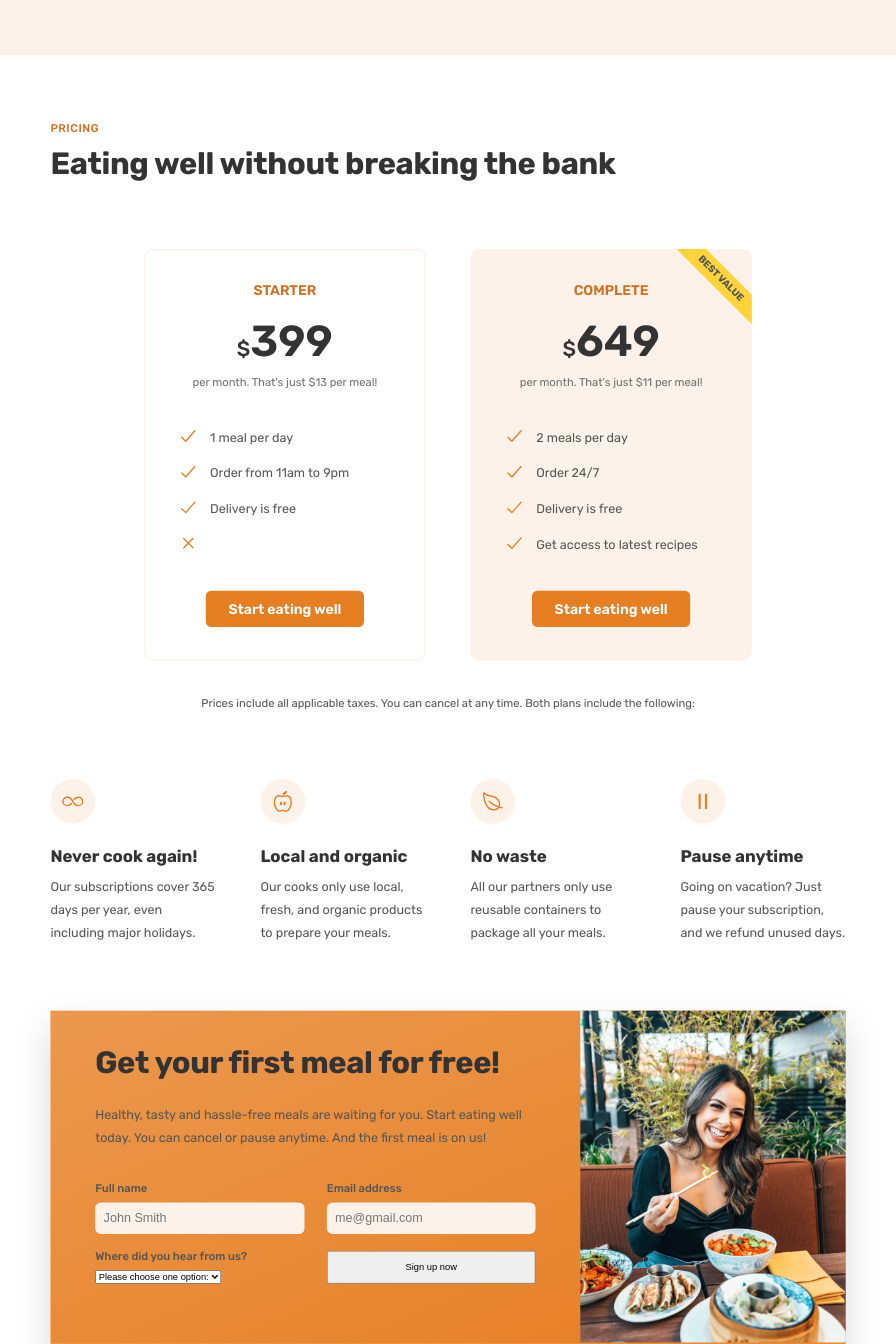
Repository: TranPhucThinh/Omnifood
Page: index.html
These files come from the project's save history. The page is drawn as it stood at one moment and after the next save; the edit follows.
The browser window is 1280 px wide. The pictures show the part of the page from y = 4567 to 6487 px (the page is 6487 px tall before and 6465 px after), at 70% of full size.

Above is the page before, as saved 2022-08-07 01:22:00.

### index.html
<!DOCTYPE html>
<html lang="en">

<head>
    <meta charset="UTF-8">
    <meta http-equiv="X-UA-Compatible" content="IE=edge">
    <meta name="viewport" content="width=device-width, initial-scale=1.0">

    <link rel="preconnect" href="https://fonts.googleapis.com">
    <link rel="preconnect" href="https://fonts.gstatic.com" crossorigin>
    <link href="https://fonts.googleapis.com/css2?family=Rubik:wght@300;400;500;600;700;800;900&display=swap"
        rel="stylesheet">

    <link rel="stylesheet" href="./assets/styles/general.css">
    <link rel="stylesheet" href="./assets/styles/style.css">

    <title>Omnifood</title>
</head>

<body>
    <!-- SECTION HEADER -->
    <div class="header">
        <a href="#">
            <img src="./assets/imgs/omnifood-logo.png" alt="Omnifood logo" class="header-logo">
        </a>
        <nav class="main-nav">
            <ul class="main-nav-list">
                <li>
                    <a href="#" class="main-nav-link">How it works</a>
                </li>
                <li>
                    <a href="#" class="main-nav-link">Meals</a>
                </li>
                <li>
                    <a href="#" class="main-nav-link">Testimonials</a>
                </li>
                <li>
                    <a href="#" class="main-nav-link">Pricing</a>
                </li>
                <li>
                    <a href="#" class="main-nav-link nav-btn">Try for free</a>
                </li>
            </ul>
        </nav>
    </div>
    <!-- End of SECTION HEADER -->

    <!-- SECTION HERO -->
    <section class="section-hero">
        <div class="hero">
            <div class="hero-text-box">
                <h1 class="heading-primary">A healthy meal delivered to your door, every single day</h1>
                <p class="hero-desc margin-bottom-md">The smart 365-days-per-year food subscription that will make you
                    eat healthy again.
                    Tailored to your personal tastes and nutritional needs.</p>
                <a href="#" class="btn btn--full margin-right-sm">Start eating well</a>
                <a href="#" class="btn btn--outline">Learn more ⬇</a>
                <div class="delivered-meals">
                    <div class="delivered-imgs">
                        <img src="./assets/imgs/customers/customer-1.jpg" alt="customer 1">
                        <img src="./assets/imgs/customers/customer-2.jpg" alt="customer 2">
                        <img src="./assets/imgs/customers/customer-3.jpg" alt="customer 3">
                        <img src="./assets/imgs/customers/customer-4.jpg" alt="customer 4">
                        <img src="./assets/imgs/customers/customer-5.jpg" alt="customer 5">
                        <img src="./assets/imgs/customers/customer-6.jpg" alt="customer 6">
                    </div>
                    <p class="delivered-text">
                        <span>250,000+</span> meals delivered last year!
                    </p>
                </div>
            </div>
            <div class="hero-img-box">
                <img src="./assets/imgs/hero.png"
                    alt="woman enjoy food, meals in storage container, and food bowls on a table" class="hero-img">
            </div>
        </div>
    </section>
    <!-- End of SECTION HERO -->

    <!-- SECTION FEATURED -->
    <section class="section-featured">
        <div class="container">
            <h2 class="heading-feature-in">As featured in</h2>
            <div class="logos">
                <img src="./assets/imgs/logos/techcrunch.png" alt="Techcrunch logo">
                <img src="./assets/imgs/logos/business-insider.png" alt="business insider logo">
                <img src="./assets/imgs/logos/the-new-york-times.png" alt="The new york time logo">
                <img src="./assets/imgs/logos/forbes.png" alt="Forbes logo">
                <img src="./assets/imgs/logos/usa-today.png" alt="Usa today logo">
            </div>
        </div>
    </section>
    <!-- End of SECTION FEATURED -->

    <!-- SECTION HOW IT WORKS -->
    <section class="section-how">
        <div class="container">
            <p class="subheading">HOW IT WORKS</p>
            <h2 class="heading-secondary">Your daily dose of health in 3 simple steps</h2>
        </div>
        <div class="container grid grid--2-cols grid--center-vertical">
            <!-- STEP 1 -->
            <div class="step-text-box">
                <div class="step-number">01</div>
                <h3 class="heading-tertiary">Tell us what you like (and what not)</h3>
                <p class="step-desc">Never again waste time thinking about what to eat! Omnifood AI will create a 100%
                    personalized weekly meal plan just for you. It makes sure you get all the nutrients and vitamins you
                    need, no matter what diet you follow!</p>
            </div>
            <div class="step-img-box">
                <img src="./assets/imgs/app/app-screen-1.png" alt="iPhone app preferences selection screen"
                    class="step-img">
            </div>

            <!-- STEP 2 -->
            <div class="step-img-box">
                <img src="./assets/imgs/app/app-screen-2.png" alt="iPhone app
                meal approving plan screen" class="step-img">
            </div>
            <div class="step-text-box">
                <div class="step-number">02</div>
                <h3 class="heading-tertiary">Approve your weekly meal plan</h3>
                <p class="step-desc">Once per week, approve the meal plan generated for you by Omnifood AI. You can
                    change ingredients, swap entire meals, or even add your own recipes.</p>
            </div>

            <!-- STEP 3 -->
            <div class="step-text-box">
                <div class="step-number">03</div>
                <h3 class="heading-tertiary">Receive meals at convenient time</h3>
                <p class="step-desc">Best chefs in town will cook your selected meal every day, and we will deliver it
                    to your door whenever works best for you. You can change delivery schedule and address daily!</p>
            </div>
            <div class="step-img-box">
                <img src="./assets/imgs/app/app-screen-3.png" alt="iPhone app
                delivery screen" class="step-img">
            </div>
        </div>
    </section>
    <!-- End of SECTION HOW IT WORKS -->

    <!-- SECTION MEALS -->
    <section class="section-meals">
        <div class="container center-text">
            <p class="subheading">Meals</p>
            <h2 class="heading-secondary">Omnifood AI chooses from 5,000+ recipes</h2>
        </div>
        <div class="container grid grid--3-cols margin-bottom-md">
            <div class="meal">
                <img src="./assets/imgs/meals/meal-1.jpg" alt="Japanese Gyozas" class="meal-img">
                <div class="meal-content">
                    <div class="meal-tag">
                        <p class="tag tag--vegetarian">vegetarian</p>
                    </div>
                    <p class="meal-title">Japanese Gyozas</p>
                    <ul class="meal-attributes">
                        <li class="meal-attribute">
                            <ion-icon class="meal-icon" name="flame-outline"></ion-icon>
                            <span><strong>650</strong> calories</span>
                        </li>
                        <li class="meal-attribute">
                            <ion-icon class="meal-icon" name="restaurant-outline"></ion-icon>
                            <span>NutriScore ® <strong>74</strong></span>
                        </li>
                        <li class="meal-attribute">
                            <ion-icon class="meal-icon" name="star-outline"></ion-icon>
                            <span><strong>4.9</strong> rating (537)</span>
                        </li>
                    </ul>
                </div>
            </div>
            <div class="meal">
                <img src="./assets/imgs/meals/meal-2.jpg" alt="Avocado Salad" class="meal-img">
                <div class="meal-content">
                    <div class="meal-tag">
                        <p class="tag tag--vegan">vegan</p>
                        <p class="tag tag---paleo">paleo</p>
                    </div>
                    <p class="meal-title">Avocado Salad</p>
                    <ul class="meal-attributes">
                        <li class="meal-attribute">
                            <ion-icon class="meal-icon" name="flame-outline"></ion-icon>
                            <span><strong>400</strong> calories</span>
                        </li>
                        <li class="meal-attribute">
                            <ion-icon class="meal-icon" name="restaurant-outline"></ion-icon>
                            <span>NutriScore ® <strong>92</strong></span>
                        </li>
                        <li class="meal-attribute">
                            <ion-icon class="meal-icon" name="star-outline"></ion-icon>
                            <span><strong>4.8</strong> rating (441)</span>
                        </li>
                    </ul>
                </div>
            </div>
            <div class="diet">
                <h3 class="heading-tertiary">Works with any diet:</h3>
                <ul class="list">
                    <li class="list-item">
                        <ion-icon class="list-icon" name="checkmark-outline"></ion-icon>
                        <span>Vegetarian</span>
                    </li>
                    <li class="list-item">
                        <ion-icon class="list-icon" name="checkmark-outline"></ion-icon>
                        <span>Vegan</span>
                    </li>
                    <li class="list-item">
                        <ion-icon class="list-icon" name="checkmark-outline"></ion-icon>
                        <span>Pescatarian</span>
                    </li>
                    <li class="list-item">
                        <ion-icon class="list-icon" name="checkmark-outline"></ion-icon>
                        <span>Gluten-free</span>
                    </li>
                    <li class="list-item">
                        <ion-icon class="list-icon" name="checkmark-outline"></ion-icon>
                        <span>Lactose-free</span>
                    </li>
                    <li class="list-item">
                        <ion-icon class="list-icon" name="checkmark-outline"></ion-icon>
                        <span>Keto</span>
                    </li>
                    <li class="list-item">
                        <ion-icon class="list-icon" name="checkmark-outline"></ion-icon>
                        <span>Paleo</span>
                    </li>
                    <li class="list-item">
                        <ion-icon class="list-icon" name="checkmark-outline"></ion-icon>
                        <span>Low FODMAP</span>
                    </li>
                    <li class="list-item">
                        <ion-icon class="list-icon" name="checkmark-outline"></ion-icon>
                        <span>Kid-friendly</span>
                    </li>
                </ul>
            </div>
        </div>
        <div class="container all-recipes center-text">
            <a href="#" class="link">See all recipes ➡</a>
        </div>
    </section>
    <!-- End of SECTION MEALS -->

    <!-- SECTION TESTIMONIALS -->
    <section class="section-testimonials">
        <div class="testimonials-container">
            <div class="subheading">testimonials</div>
            <h2 class="heading-secondary">Once you try it, you can't go back</h2>
            <div class="testimonials">
                <div class="testimonial">
                    <img src="./assets/imgs/customers/dave.jpg" alt="Photo of customer Dave Bryson"
                        class="testimonial-img">
                    <blockquote class="testimonial-text">Inexpensive, healthy and great-tasting meals, without even
                        having to order manually! It feels truly magical.</blockquote>
                    <p class="testimonial-name">— Dave Bryson</p>
                </div>
                <div class="testimonial">
                    <img src="./assets/imgs/customers/ben.jpg" alt="Photo of customer Ben Hadley"
                        class="testimonial-img">
                    <blockquote class="testimonial-text">The AI algorithm is crazy good, it chooses the right meals for
                        me every time. It's amazing not to worry about food anymore!</blockquote>
                    <p class="testimonial-name">— Ben Hadley</p>
                </div>
                <div class="testimonial">
                    <img src="./assets/imgs/customers/steve.jpg" alt="Photo of customer Steve Miller"
                        class="testimonial-img">
                    <blockquote class="testimonial-text">Omnifood is a life saver! I just started a company, so there's
                        no time for cooking. I couldn't live without my daily meals now!</blockquote>
                    <p class="testimonial-name">— Steve Miller</p>
                </div>
                <div class="testimonial">
                    <img src="./assets/imgs/customers/hannah.jpg" alt="Photo of customer Hannah Smith"
                        class="testimonial-img">
                    <blockquote class="testimonial-text">I got Omnifood for the whole family, and it frees up so much
                        time! Plus, everything is organic and vegan and without plastic.</blockquote>
                    <p class="testimonial-name">— Hannah Smith</p>
                </div>
            </div>
        </div>
        <div class="gallery">
            <div class="gallery-item">
                <img src="./assets/imgs/gallery/gallery-1.jpg" alt="Photo of beautifully arranged food">
            </div>
            <div class="gallery-item">
                <img src="./assets/imgs/gallery/gallery-2.jpg" alt="Photo of beautifully arranged food">
            </div>
            <div class="gallery-item">
                <img src="./assets/imgs/gallery/gallery-3.jpg" alt="Photo of beautifully arranged food">
            </div>
            <div class="gallery-item">
                <img src="./assets/imgs/gallery/gallery-4.jpg" alt="Photo of beautifully arranged food">
            </div>
            <div class="gallery-item">
                <img src="./assets/imgs/gallery/gallery-5.jpg" alt="Photo of beautifully arranged food">
            </div>
            <div class="gallery-item">
                <img src="./assets/imgs/gallery/gallery-6.jpg" alt="Photo of beautifully arranged food">
            </div>
            <div class="gallery-item">
                <img src="./assets/imgs/gallery/gallery-7.jpg" alt="Photo of beautifully arranged food">
            </div>
            <div class="gallery-item">
                <img src="./assets/imgs/gallery/gallery-8.jpg" alt="Photo of beautifully arranged food">
            </div>
            <div class="gallery-item">
                <img src="./assets/imgs/gallery/gallery-9.jpg" alt="Photo of beautifully arranged food">
            </div>
            <div class="gallery-item">
                <img src="./assets/imgs/gallery/gallery-10.jpg" alt="Photo of beautifully arranged food">
            </div>
            <div class="gallery-item">
                <img src="./assets/imgs/gallery/gallery-11.jpg" alt="Photo of beautifully arranged food">
            </div>
            <div class="gallery-item">
                <img src="./assets/imgs/gallery/gallery-12.jpg" alt="Photo of beautifully arranged food">
            </div>
        </div>
    </section>
    <!-- End of SECTION TESTIMONIALS -->

    <!-- SECTION PRICING -->
    <section class="section-pricing">
        <div class="container">
            <p class="subheading">pricing</p>
            <h2 class="heading-secondary">Eating well without breaking the bank</h2>
        </div>
        <div class="container grid grid--2-cols margin-bottom-md">
            <div class="pricing-plan pricing-plan--starter">
                <header class="plan-header">
                    <div class="plan-name">starter</div>
                    <p class="plan-pricing"><span>$</span>399</p>
                    <p class="plan-text">per month. That's just $13 per meal!</p>
                </header>
                <ul class="list-benefits">
                    <li class="benefit">
                        <span class="benefit-icon">
                            <ion-icon name="checkmark-outline"></ion-icon>
                        </span>
                        1 meal per day
                    </li>
                    <li class="benefit">
                        <span class="benefit-icon">
                            <ion-icon name="checkmark-outline"></ion-icon>
                        </span>
                        Order from 11am to 9pm
                    </li>
                    <li class="benefit">
                        <span class="benefit-icon">
                            <ion-icon name="checkmark-outline"></ion-icon>
                        </span>
                        Delivery is free
                    </li>
                    <li class="benefit">
                        <span class="benefit-icon">
                            <ion-icon name="close-outline"></ion-icon>
                        </span>
                    </li>
                </ul>
                <div class="plan-sign-up">
                    <a href="#" class="btn btn--full">Start eating well</a>
                </div>
            </div>
            <div class="pricing-plan pricing-plan--complete">
                <header class="plan-header">
                    <div class="plan-name">complete</div>
                    <p class="plan-pricing"><span>$</span>649</p>
                    <p class="plan-text">per month. That's just $11 per meal!</p>
                </header>
                <ul class="list-benefits">
                    <li class="benefit">
                        <span class="benefit-icon">
                            <ion-icon name="checkmark-outline"></ion-icon>
                        </span>
                        2 meals per day
                    </li>
                    <li class="benefit">
                        <span class="benefit-icon">
                            <ion-icon name="checkmark-outline"></ion-icon>
                        </span>
                        Order 24/7
                    </li>
                    <li class="benefit">
                        <span class="benefit-icon">
                            <ion-icon name="checkmark-outline"></ion-icon>
                        </span>
                        Delivery is free
                    </li>
                    <li class="benefit">
                        <span class="benefit-icon">
                            <ion-icon name="checkmark-outline"></ion-icon>
                        </span>
                        Get access to latest recipes
                    </li>
                </ul>
                <div class="plan-sign-up">
                    <a href="#" class="btn btn--full">Start eating well</a>
                </div>
            </div>
        </div>
        <div class="container grid center-text">
            <p class="plan-detail">Prices include all applicable taxes. You can cancel at any time. Both plans include
                the following:
            </p>
        </div>
        <div class="container grid grid--4-cols">
            <div class="feature">
                <ion-icon class="feature-icon" name="infinite-outline"></ion-icon>
                <p class="feature-title">Never cook again!</p>
                <p class="feature-desc">Our subscriptions cover 365 days per year, even including major holidays.</p>
            </div>
            <div class="feature">
                <ion-icon class="feature-icon" name="nutrition-outline"></ion-icon>
                <p class="feature-title">Local and organic</p>
                <p class="feature-desc">Our cooks only use local, fresh, and organic products to prepare your meals.</p>
            </div>
            <div class="feature">
                <ion-icon class="feature-icon" name="leaf-outline"></ion-icon>
                <p class="feature-title">No waste</p>
                <p class="feature-desc">All our partners only use reusable containers to package all your meals.</p>
            </div>
            <div class="feature">
                <ion-icon class="feature-icon" name="pause-outline"></ion-icon>
                <p class="feature-title">Pause anytime</p>
                <p class="feature-desc">Going on vacation? Just pause your subscription, and we refund unused days.</p>
            </div>
        </div>
    </section>
    <!-- End of SECTION PRICING -->

    <!-- SECTION CALL-TO-ACTION -->
    <section class="section-cta">
        <div class="container">
            <div class="cta">
                <div class="cta-text-box">
                    <h2 class="heading-secondary">Get your first meal for free!</h2>
                    <div class="cta-text">Healthy, tasty and hassle-free meals are waiting for you. Start eating well
                        today. You can cancel or pause anytime. And the first meal is on us!</div>
                    <form action="#" class="cta-form">
                        <div>
                            <label for="full-name">Full name</label>
                            <input type="text" id="full-name" placeholder="John Smith" required>
                        </div>
                        <div>
                            <label for="email-address">Email address</label>
                            <input type="text" id="email-address" placeholder="me@gmail.com" required>
                        </div>
                        <div>
                            <label for="select-where">Where did you hear from us?</label>
                            <select id="select-where" required>
                                <option value>Please choose one option:</option>
                                <option value="friends">Friends and family</option>
                                <option value="youtube">Youtube video</option>
                                <option value="podcast">Podcast</option>
                                <option value="ad">Facebook ad</option>
                                <option value="others">Others</option>
                            </select>
                        </div>
                        <button class="btn">Sign up now</button>
                    </form>
                </div>
                <div class="cta-img-box">
                    <img src="./assets/imgs/eating.jpg" alt="The woman is eating" class="cta-img">
                </div>
            </div>
        </div>
    </section>
    <!-- End of SECTION CALL-TO-ACTION -->

    <script type="module" src="https://unpkg.com/ionicons@5.5.2/dist/ionicons/ionicons.esm.js"></script>
    <script nomodule src="https://unpkg.com/ionicons@5.5.2/dist/ionicons/ionicons.js"></script>
</body>

</html>

Loaded but not shown: assets/styles/style.css (525 lines, source omitted); assets/styles/general.css (138 lines, source omitted)

After the next save:
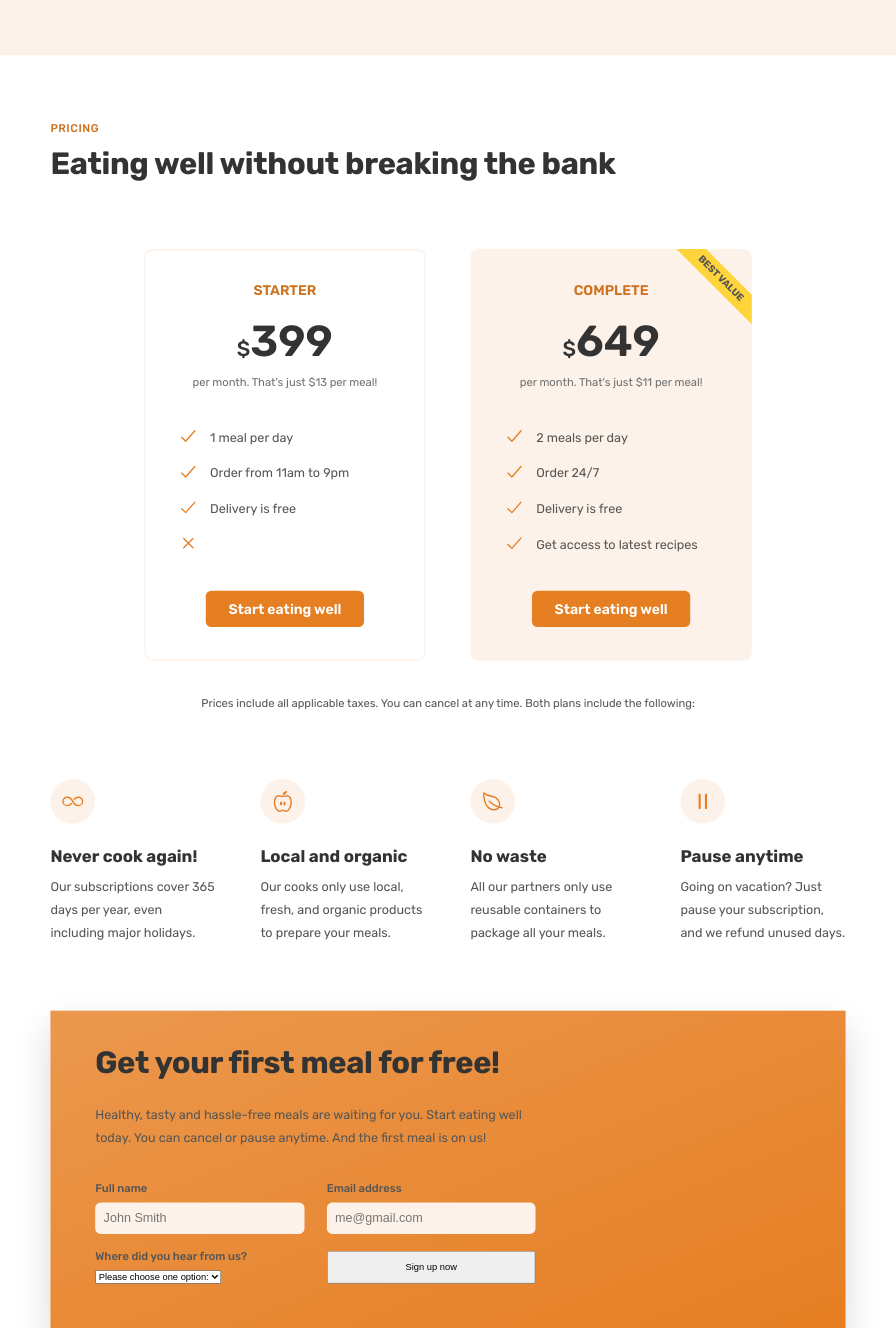
Saved 89 s later.
--- a/index.html
+++ b/index.html
@@ -458,9 +458,7 @@
                         <button class="btn">Sign up now</button>
                     </form>
                 </div>
-                <div class="cta-img-box">
-                    <img src="./assets/imgs/eating.jpg" alt="The woman is eating" class="cta-img">
-                </div>
+                <div class="cta-img-box"></div>
             </div>
         </div>
     </section>
